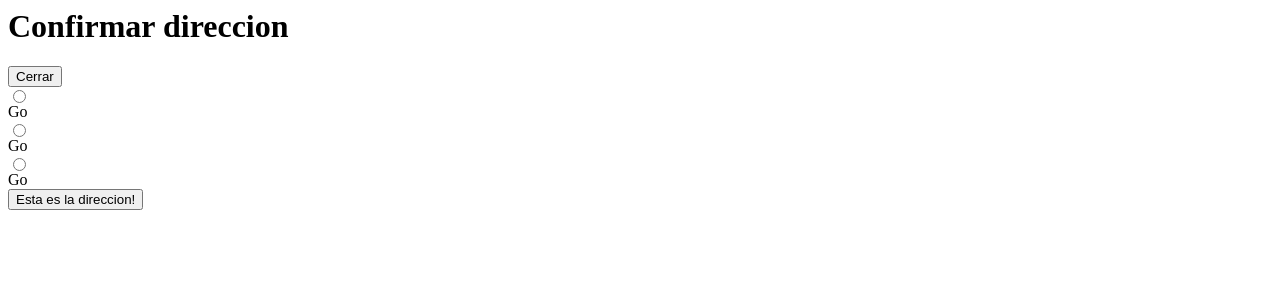
Repository: agustinbaretto/mobile-alarmee
Page: templates/confirmAddress.html
The author's editor kept a record of every edit. The page is drawn from the files as they stood at one moment, then again after the next edit.
The browser window is 1280 px wide. The pictures show the whole page.

Above is the page before.

After the next edit:
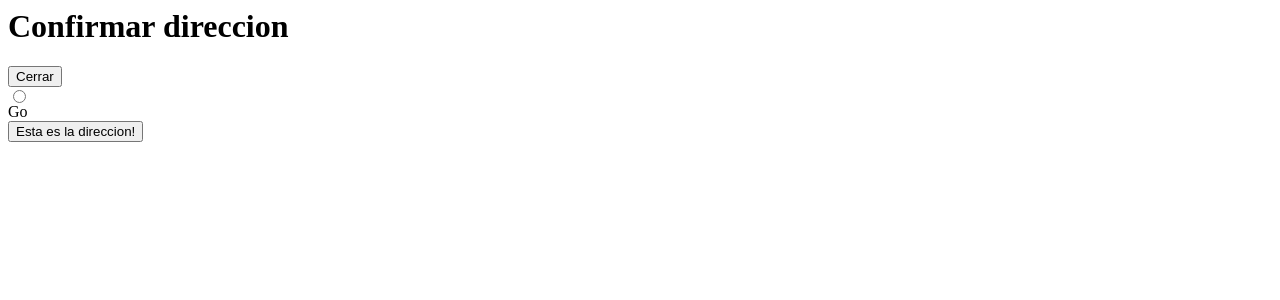
The edit:
--- a/templates/confirmAddress.html
+++ b/templates/confirmAddress.html
@@ -15,20 +15,6 @@
           </div>
           <i class="radio-icon ion-checkmark"></i>
         </label>
-        <label class="item item-radio">
-          <input type="radio" name="group">
-          <div class="item-content">
-            Go
-          </div>
-          <i class="radio-icon ion-checkmark"></i>
-        </label>
-        <label class="item item-radio">
-          <input type="radio" name="group">
-          <div class="item-content">
-            Go
-          </div>
-          <i class="radio-icon ion-checkmark"></i>
-        </label>
         <label class="item">
           <button class="button button-block button-positive" type="submit">Esta es la direccion!</button>
         </label>
